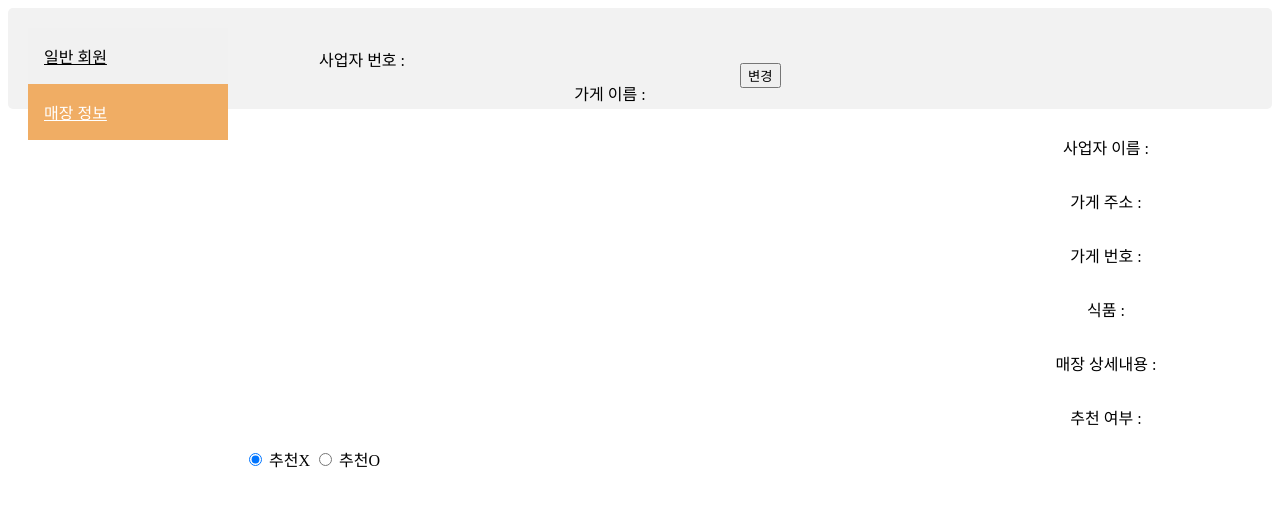
Repository: kdw0937/UdongProject
Page: http://localhost/matjib2/jsp/manager_storeDetail.jsp
An editor plug-in stored every save of this project. The page is shown before and after the next save, followed by the edit.
The browser window is 1280 px wide. The pictures show the whole page.
The page is served by Tomcat 9. The template is opened directly, without the code that normally fills it, so the values that code supplies are empty.

Above is the page before, as saved 2021-01-21 17:32:40.

After the next save:
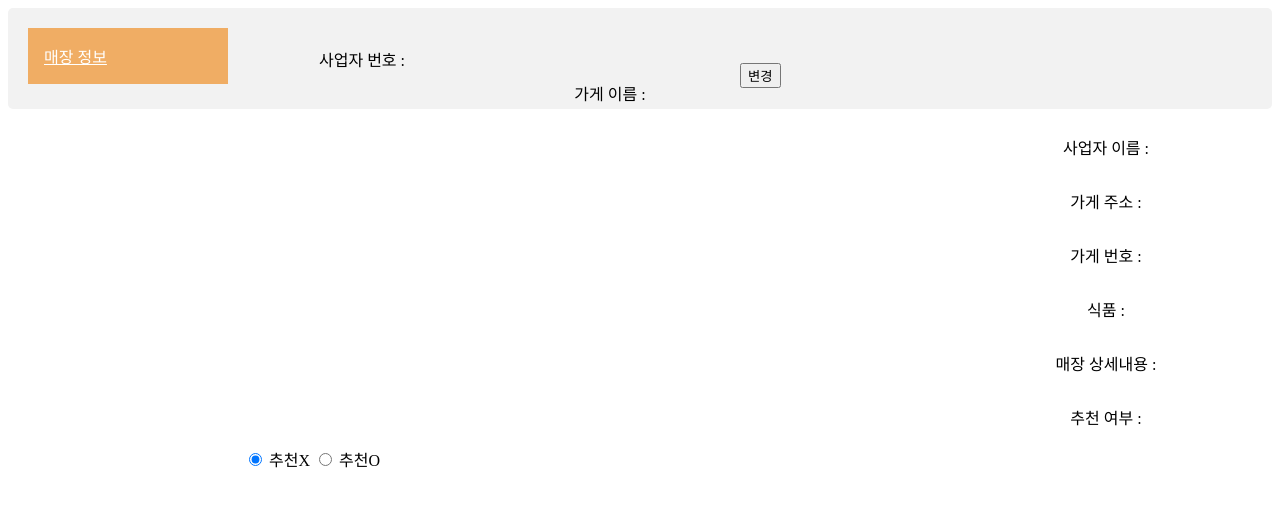
Saved 17 h 28 min later.
--- a/matjib2/src/main/webapp/jsp/manager_storeDetail.jsp
+++ b/matjib2/src/main/webapp/jsp/manager_storeDetail.jsp
@@ -15,7 +15,6 @@
 <body>
 <div class="store_container">
 		<div class="sidebar">
-           <a href="../manager/managerdetail.html">일반 회원</a>
            <a class="active"  href="../manager/managerstore.html">매장 정보</a>
         </div>
         <div class="content">
